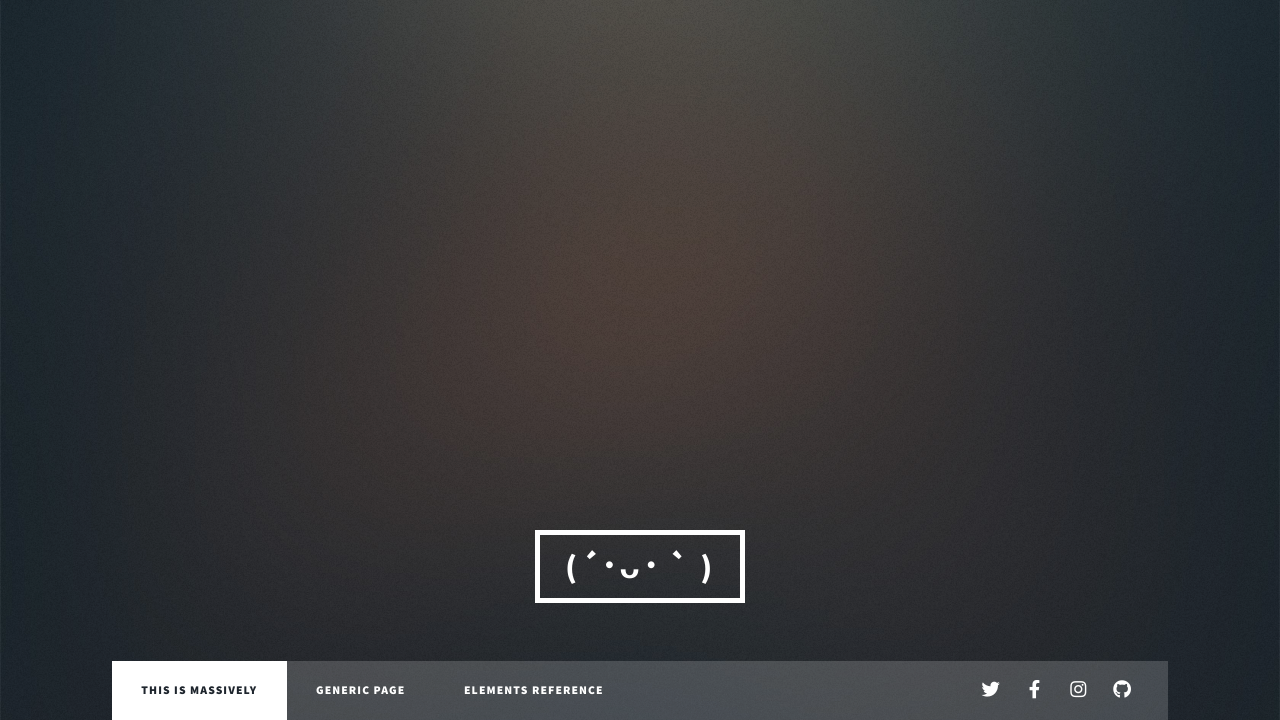
Repository: hiennguyenthanh/PortWebsite
Page: index.html
An editor plug-in stored every save of this project. The page is shown before and after the next save, followed by the edit.
The browser window is 1280 px wide. The pictures show the window.
A layer covers the whole window, so only the first screen is drawn.

Above is the page before, as saved 2022-03-11 15:51:28.

### index.html
<!DOCTYPE HTML>
<!--
	Massively by HTML5 UP
	html5up.net | @ajlkn
	Free for personal and commercial use under the CCA 3.0 license (html5up.net/license)
-->
<html>
	<head>
		<title>Hien Nguyen Portfolio ^^</title>
		<meta charset="utf-8" />
		<meta name="viewport" content="width=device-width, initial-scale=1, user-scalable=no" />
		<link rel="stylesheet" href="assets/css/main.css" />
		<noscript><link rel="stylesheet" href="assets/css/noscript.css" /></noscript>
	</head>
	<body class="is-preload">

		<!-- Wrapper -->
			<div id="wrapper" class="fade-in">

				<!-- Intro -->
					<div id="intro">
						<h1>Hien Nguyen<br />
						Portfolio</h1>
						<p>I'm just a student majoring in Information System.</p><a href="https://github.com/hiennguyenthanh">My Github</a>
						<a href="https://www.facebook.com/nguyenthanhhienbmt">My Facebook</a> (´･ᴗ･ ` )
						<ul class="actions">
							<li><a href="#header" class="button icon solid solo fa-arrow-down scrolly">Continue</a></li>
						</ul>
					</div>

				<!-- Header -->
					<header id="header">
						<a href="index.html" class="logo">(´･ᴗ･ ` )</a>
					</header>

				<!-- Nav -->
					<nav id="nav">
						<ul class="links">
							<li class="active"><a href="index.html">This is Massively</a></li>
							<li><a href="generic.html">Generic Page</a></li>
							<li><a href="elements.html">Elements Reference</a></li>
						</ul>
						<ul class="icons">
							<li><a href="#" class="icon brands fa-twitter"><span class="label">Twitter</span></a></li>
							<li><a href="#" class="icon brands fa-facebook-f"><span class="label">Facebook</span></a></li>
							<li><a href="#" class="icon brands fa-instagram"><span class="label">Instagram</span></a></li>
							<li><a href="#" class="icon brands fa-github"><span class="label">GitHub</span></a></li>
						</ul>
					</nav>

				<!-- Main -->
					<div id="main">
						<!-- Featured Post -->
							<article class="post featured">
								<header class="major">
									<span class="date">March 8, 2022</span>
									<h2><a href="https://github.com/hiennguyenthanh/Heart-Desease-regession-analysis-and-visualization.git">Heart Desease regession, <br />
									analysis and visualization</a></h2>
									<p>dd<br />
									</p>
								</header>
								<a href="https://github.com/hiennguyenthanh/Heart-Desease-regession-analysis-and-visualization.git" class="image main"><img src="images/pic01.jpg" alt="" /></a>
								<ul class="actions special">
									<li><a href="https://github.com/hiennguyenthanh/Heart-Desease-regession-analysis-and-visualization.git" class="button large">View Project</a></li>
								</ul>
							</article>

						<!-- Posts -->
							<section class="posts">
								<article>
									<header>
										<span class="date">February 28, 2022</span>
										<h2><a href="https://github.com/hiennguyenthanh/Portfolio-Covid19-Project.git">Portfolio Covid-19<br />
										</a></h2>
									</header>
									<a href="https://github.com/hiennguyenthanh/Portfolio-Covid19-Project.git" class="image fit"><img src="images/pic02.jpg" alt="" /></a>
									<p>Explore and visualize data about Covid-19</p>
									<ul class="actions special">
										<li><a href="https://github.com/hiennguyenthanh/Portfolio-Covid19-Project.git" class="button">View Project</a></li>
									</ul>
								</article>
								<article>
									<header>
										<span class="date">xxx</span>
										<h2><a href="#">Data Cleaning in SQL<br />
										</a></h2>
									</header>
									<a href="#" class="image fit"><img src="images/pic03.jpg" alt="" /></a>
									<p>Donec eget ex magna. Interdum et malesuada fames ac ante ipsum primis in faucibus. Pellentesque venenatis dolor imperdiet dolor mattis sagittis magna etiam.</p>
									<ul class="actions special">
										<li><a href="#" class="button">Full Story</a></li>
									</ul>
								</article>
								<!-- <article>
									<header>
										<span class="date">April 18, 2017</span>
										<h2><a href="#">Ante mattis<br />
										interdum dolor</a></h2>
									</header>
									<a href="#" class="image fit"><img src="images/pic04.jpg" alt="" /></a>
									<p>Donec eget ex magna. Interdum et malesuada fames ac ante ipsum primis in faucibus. Pellentesque venenatis dolor imperdiet dolor mattis sagittis magna etiam.</p>
									<ul class="actions special">
										<li><a href="#" class="button">Full Story</a></li>
									</ul>
								</article>
								<article>
									<header>
										<span class="date">April 14, 2017</span>
										<h2><a href="#">Tempus sed<br />
										nulla imperdiet</a></h2>
									</header>
									<a href="#" class="image fit"><img src="images/pic05.jpg" alt="" /></a>
									<p>Donec eget ex magna. Interdum et malesuada fames ac ante ipsum primis in faucibus. Pellentesque venenatis dolor imperdiet dolor mattis sagittis magna etiam.</p>
									<ul class="actions special">
										<li><a href="#" class="button">Full Story</a></li>
									</ul>
								</article>
								<article>
									<header>
										<span class="date">April 11, 2017</span>
										<h2><a href="#">Odio magna<br />
										sed consectetur</a></h2>
									</header>
									<a href="#" class="image fit"><img src="images/pic06.jpg" alt="" /></a>
									<p>Donec eget ex magna. Interdum et malesuada fames ac ante ipsum primis in faucibus. Pellentesque venenatis dolor imperdiet dolor mattis sagittis magna etiam.</p>
									<ul class="actions special">
										<li><a href="#" class="button">Full Story</a></li>
									</ul>
								</article>
								<article>
									<header>
										<span class="date">April 7, 2017</span>
										<h2><a href="#">Augue lorem<br />
										primis vestibulum</a></h2>
									</header>
									<a href="#" class="image fit"><img src="images/pic07.jpg" alt="" /></a>
									<p>Donec eget ex magna. Interdum et malesuada fames ac ante ipsum primis in faucibus. Pellentesque venenatis dolor imperdiet dolor mattis sagittis magna etiam.</p>
									<ul class="actions special">
										<li><a href="#" class="button">Full Story</a></li>
									</ul>
								</article> -->
							</section>

					</div>

				<!-- Footer -->
					<footer id="footer">
						<section>
							<form method="post" action="#">
								<div class="fields">
									<div class="field">
										<label for="name">Name</label>
										<input type="text" name="name" id="name" />
									</div>
									<div class="field">
										<label for="email">Email</label>
										<input type="text" name="email" id="email" />
									</div>
									<div class="field">
										<label for="message">Message</label>
										<textarea name="message" id="message" rows="3"></textarea>
									</div>
								</div>
								<ul class="actions">
									<li><input type="submit" value="Send Message" /></li>
								</ul>
							</form>
						</section>
						<section class="split contact">
							<section class="alt">
								<h3>Address</h3>
								<p>District 5, Ho Chi Minh City</p>
							</section>
							<section>
								<h3>Phone</h3>
								<p><a href="#">(000) 000-0000</a></p>
							</section>
							<section>
								<h3>Email</h3>
								<p><a href="#">nguyenthanhhienbmt@gmail.com</a></p>
							</section>
							<section>
								<h3>Social</h3>
								<ul class="icons alt">
									<li><a href="https://www.facebook.com/nguyenthanhhienbmt" class="icon brands alt fa-facebook-f"><span class="label">Facebook</span></a></li>
									<li><a href="https://github.com/hiennguyenthanh" class="icon brands alt fa-github"><span class="label">GitHub</span></a></li>
								</ul>
							</section>
						</section>
					</footer>

				<!-- Copyright -->
					<div id="copyright">
						<ul><li>&copy; Untitled</li><li>Design: <a href="https://html5up.net">HTML5 UP</a></li></ul>
					</div>

			</div>

		<!-- Scripts -->
			<script src="assets/js/jquery.min.js"></script>
			<script src="assets/js/jquery.scrollex.min.js"></script>
			<script src="assets/js/jquery.scrolly.min.js"></script>
			<script src="assets/js/browser.min.js"></script>
			<script src="assets/js/breakpoints.min.js"></script>
			<script src="assets/js/util.js"></script>
			<script src="assets/js/main.js"></script>

	</body>
</html>

Loaded but not shown: assets/js/jquery.min.js (library); assets/js/jquery.scrollex.min.js (common file); assets/js/jquery.scrolly.min.js (common file); assets/js/browser.min.js (common file); assets/js/breakpoints.min.js (common file); assets/css/fontawesome-all.min.css (library); assets/js/util.js (587 lines, source omitted); assets/js/main.js (258 lines, source omitted); assets/css/main.css (4689 lines, source omitted)

After the next save:
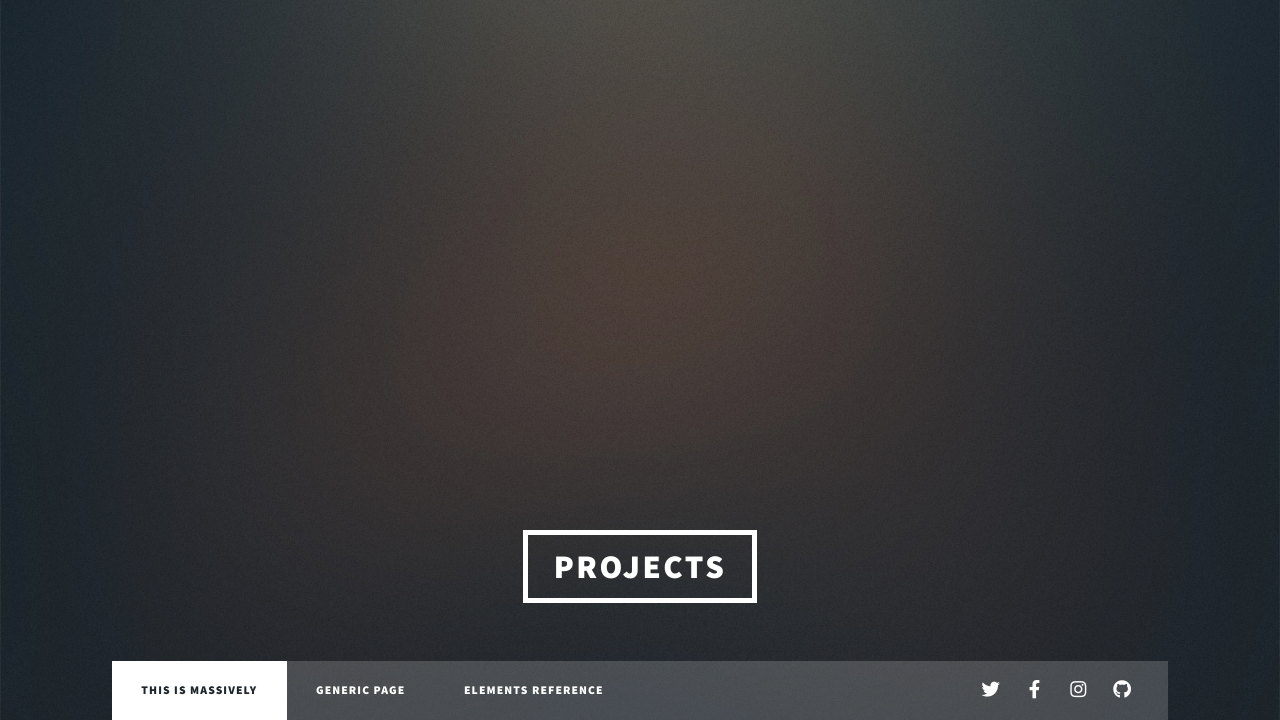
Saved 56 s later.
--- a/index.html
+++ b/index.html
@@ -30,7 +30,7 @@
 
 				<!-- Header -->
 					<header id="header">
-						<a href="index.html" class="logo">(´･ᴗ･ ` )</a>
+						<a href="index.html" class="logo">Projects</a>
 					</header>
 
 				<!-- Nav -->
